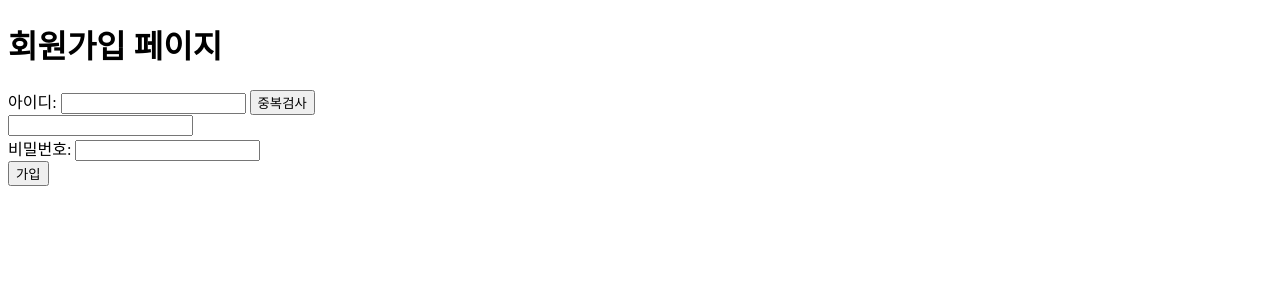
Repository: rmh6363/javastudy
Page: HelloWorld/WebContent/d.html
These files come from the project's save history. The page is drawn as it stood at one moment and after the next save; the edit follows.
The browser window is 1280 px wide. The pictures show the whole page.

Above is the page before, as saved 2020-12-04 07:10:20.

After the next save:
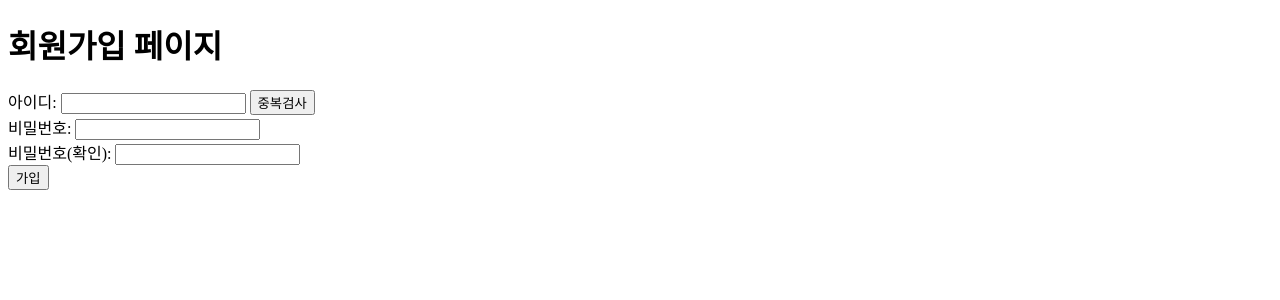
Saved 40 s later.
--- a/HelloWorld/WebContent/d.html
+++ b/HelloWorld/WebContent/d.html
@@ -11,10 +11,11 @@
 <label for="id">아이디: </label>
 <input id ="id" name="id"> <button>중복검사</button>
 <br>
-<input type="password" name = "pw1">
-<br>
 <label for="pw1">비밀번호: </label>
 <input id = "pw1" type="password" name = "pw1">
+<br>
+<label for="pw2">비밀번호(확인): </label>
+<input id = "pw2" type="password" name = "pw2">
 <br>
 
 
